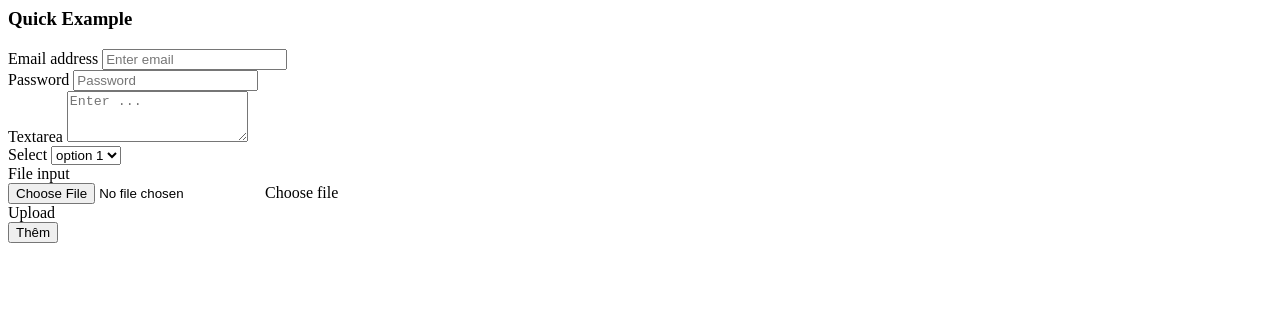
Repository: NguyenTranBaoKhanh/BKShop
Page: http://localhost/App/Views/admin/sanpham/create.php
These files come from the project's save history. The page is drawn as it stood at one moment and after the next save; the edit follows.
The browser window is 1280 px wide. The pictures show the whole page.
The page is run by PHP 8.4 with error messages shown; the project is at /var/www/html/.

Above is the page before, as saved 2021-10-31 14:45:37.

### App/Views/admin/sanpham/create.php
<div class="card card-success">
  <div class="card-header">
    <h3 class="card-title">Quick Example</h3>
  </div>
  <!-- /.card-header -->
  <!-- form start -->
  <form>
    <div class="card-body">
      <div class="form-group">
        <label for="exampleInputEmail1">Email address</label>
        <input type="email" class="form-control" id="exampleInputEmail1" placeholder="Enter email">
      </div>
      <div class="form-group">
        <label for="exampleInputPassword1">Password</label>
        <input type="password" class="form-control" id="exampleInputPassword1" placeholder="Password">
      </div>
      <div class="form-group">
        <label>Textarea</label>
        <textarea class="form-control" rows="3" placeholder="Enter ..."></textarea>
      </div>
      <div class="form-group">
        <label>Select</label>
        <select class="form-control">
          <option>option 1</option>
          <option>option 2</option>
          <option>option 3</option>
          <option>option 4</option>
          <option>option 5</option>
        </select>
      </div>
      <div class="form-group">
        <label for="exampleInputFile">File input</label>
        <div class="input-group">
          <div class="custom-file">
            <input type="file" class="custom-file-input" id="exampleInputFile">
            <label class="custom-file-label" for="exampleInputFile">Choose file</label>
          </div>
          <div class="input-group-append">
            <span class="input-group-text">Upload</span>
          </div>
        </div>
      </div>
    </div>
    <!-- /.card-body -->

    <div class="card-footer">
      <button type="submit" class="btn btn-primary">Thêm</button>
    </div>
  </form>
</div>

After the next save:
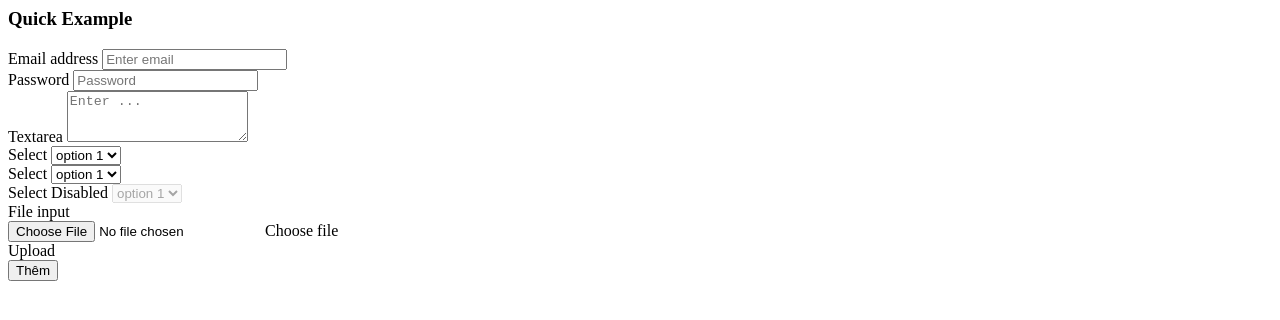
Saved 107 s later.
--- a/App/Views/admin/sanpham/create.php
+++ b/App/Views/admin/sanpham/create.php
@@ -28,6 +28,37 @@
           <option>option 5</option>
         </select>
       </div>
+
+
+      <div class="row">
+        <div class="col-sm-6">
+          <!-- select -->
+          <div class="form-group">
+            <label>Select</label>
+            <select class="form-control">
+              <option>option 1</option>
+              <option>option 2</option>
+              <option>option 3</option>
+              <option>option 4</option>
+              <option>option 5</option>
+            </select>
+          </div>
+        </div>
+        <div class="col-sm-6">
+          <div class="form-group">
+            <label>Select Disabled</label>
+            <select class="form-control" disabled>
+              <option>option 1</option>
+              <option>option 2</option>
+              <option>option 3</option>
+              <option>option 4</option>
+              <option>option 5</option>
+            </select>
+          </div>
+        </div>
+      </div>
+
+
       <div class="form-group">
         <label for="exampleInputFile">File input</label>
         <div class="input-group">
